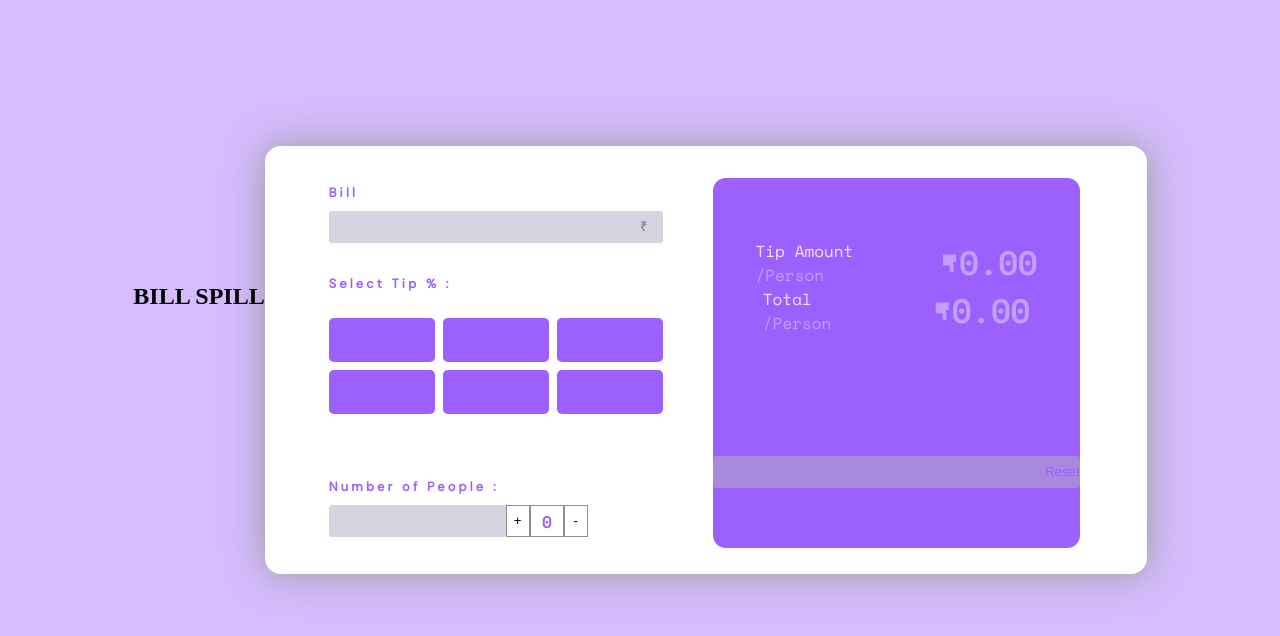
Repository: drumsmanku/micro-project-3
Page: index.html
These files come from the project's save history. The page is drawn as it stood at one moment and after the next save; the edit follows.
The browser window is 1280 px wide. The pictures show the whole page.

Above is the page before, as saved 2023-04-17 20:46:26.

### index.html
<!DOCTYPE html>
<html lang="en">
<head>
  <meta charset="UTF-8">
  <meta http-equiv="X-UA-Compatible" content="IE=edge">
  <meta name="viewport" content="width=device-width, initial-scale=1.0">
  <link rel="stylesheet" href="styles.css">
  <title>Bill Spill</title>
</head>
<body>
  <main>
    <h2>BILL SPILL</h2>
    <div class="entire-container">
      <div class="left-inside-container">
          <label for="amount">Bill</label>
          <input type="number" name="total" id="total-bill" placeholder="₹" >
          <div class="select-container">
            <label for="tip">Select Tip % :</label>
            <div class="button-containers">
              <button class="bt-1 sizing"></button>
              <button class="bt-2 sizing"></button>
              <button class="bt-3 sizing"></button>
              <button class="bt-4 sizing"></button>
              <button class="bt-5 sizing"></button>
              <button class="bt-6 sizing"></button>
            </div>
          </div>
          <label for="people">Number of People : </label>
          <div class="people-container">
            <input type="number" name="people" id="people-number">
            <button id="add-people">+</button>
            <h4 class="center-text">0</h4>
            <button id="sub-people">-</button>
          </div>
      </div>


      <div class="right-inside-container">
        <div class="first-second-line">
          <div class="first-line">
            <div class="first-line-first">
              <p class="one">Tip Amount</p>
              <p class="two">/Person</p>

            </div>
            <h1>₹0.00</h1>
          </div>
          <div class="second-line">
            <div class="first-line-first">
              <p class="one-two">Total</p>
              <p class="two-two">/Person</p>

            </div>
            <h1>₹0.00</h1>
          </div>
        </div>

        <input type="button" value="Reset">
      </div>
    </div>
  </main>
</body>
</html>

### styles.css
@import url('https://fonts.googleapis.com/css2?family=DM+Sans&display=swap');
@import url('https://fonts.googleapis.com/css2?family=DM+Sans&family=Space+Mono&display=swap');
/* font-family: 'DM Sans', sans-serif; */
*{
  padding: 0;
  margin: 0;
}

main{
  width: 100%;
  height: 100vh;
  display: flex;
  justify-content: center;
  align-items: center;
  background-color:  #D6BCFF;
}

main>h2{
  position: relative;
  top: -4rem;
}

.entire-container{
  width: 818px;
  height: 428px;
  background-color: white;

  display: flex;
  padding-left: 4rem;
  flex-direction: row;
  border-radius: 1rem;
  box-shadow: 0 0 40px rgb(154, 154, 154);
}

.left-inside-container{
  display: flex;
  flex-wrap: wrap;
  flex-direction: column;
  justify-content: center;
}

.button-containers{
  display: grid;
  grid-template-columns: repeat(3, minmax(0,1fr));
  grid-template-rows: repeat(2, minmax(0,1fr));
  grid-gap: 0.5rem;
  margin-top: 1rem;
}

.sizing{
  width: 106px;
  height: 44px;
  border: none;
  background-color: #9C60FF;
  border-radius: 0.3rem;
}
.people-container{
  display: flex;
  flex-direction: row;
}
.people-container>h4{
  border: 1px solid #8E8E8E;
  width: 2rem;
  text-align: center;
  padding-top: 4px;
  color: #9C60FF;
  font-family: 'Space Mono';
  font-size: 1rem;
}
.people-container>button{
  background: none;
  border: 1px solid #8E8E8E;
  width: 1.5rem;
}

.select-container{
  display: flex;
  flex-direction: column;
  margin: 2rem 0 4rem 0;
}

.right-inside-container{
  width: 367px;
  height: 370px;
  background-color: #9C60FF;
  border-radius: 0.8rem;
  position: relative;
  top: 2rem;
  margin-left: 10px;
  right: -40px;
  display: flex;
  flex-direction: column;
  justify-content:space-around;
}
.first-line{
  display: flex;
  justify-content: space-around;
}
.second-line{
  display: flex;
  justify-content: space-around;
}
.first-second-line{
  font-family: 'Space Mono';

}
.first-second-line h1{
  color: #C39FFF;
  font-weight: bold;
}
.first-line-first{
  color: #F3E4FF;;
}
.first-line-first .two,.two-two{
  color: #C39FFF;
}
.econd-line>h1{
  margin-left: 20rem;
}
input{
  border-radius: 0.2rem;
  border: none;
  background-color: rgba(182, 172, 196, 0.53);
  height: 2rem;
  text-align: end;
  color: #9C60FF;
}
label{
  color: #9C60FF;
  font-size: 0.8rem;
  font-family: 'DM Sans';
  font-weight: bold;
  letter-spacing: 0.2rem;
  margin-bottom: 10px;
}

After the next save:
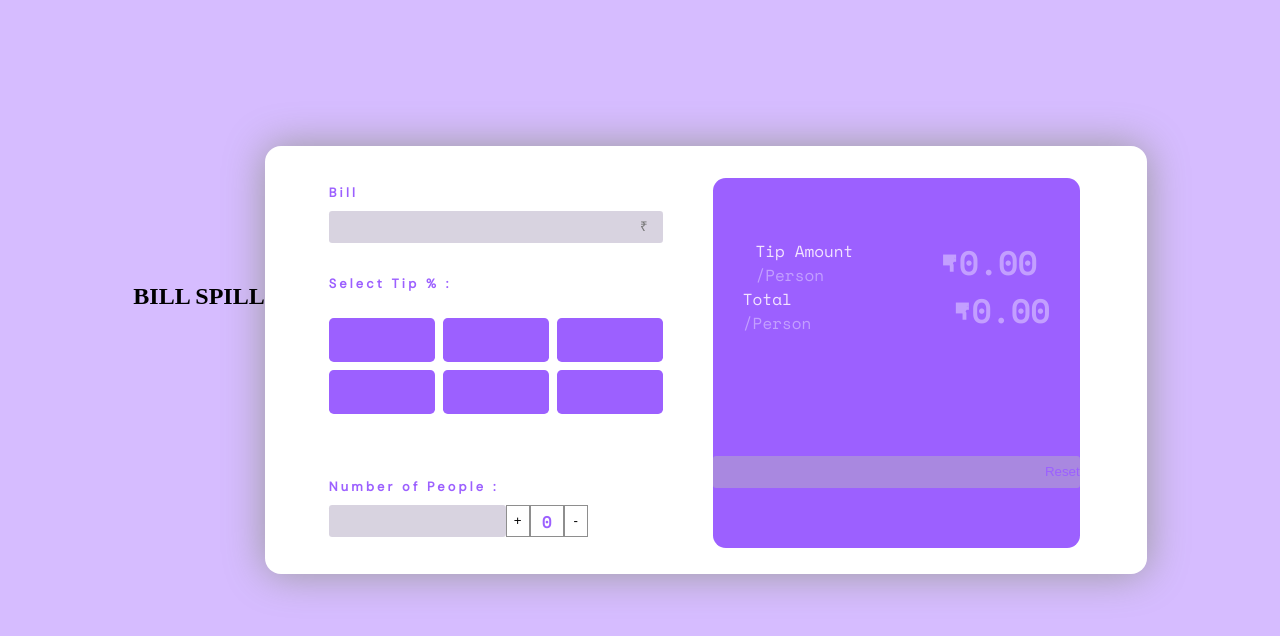
Saved 14 s later.
--- a/styles.css
+++ b/styles.css
@@ -114,8 +114,8 @@ main>h2{
 .first-line-first .two,.two-two{
   color: #C39FFF;
 }
-.econd-line>h1{
-  margin-left: 20rem;
+.second-line>h1{
+  margin-left: 5rem;
 }
 input{
   border-radius: 0.2rem;
